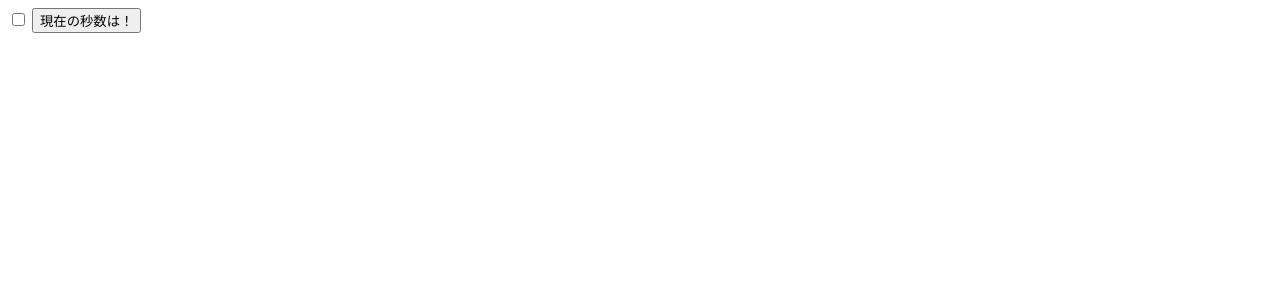
Repository: maigo999/time-abdominal-muscle
Page: index.html
These files come from the project's save history. The page is drawn as it stood at one moment and after the next save; the edit follows.
The browser window is 1280 px wide. The pictures show the whole page.

Above is the page before, as saved 2018-08-11 09:35:58.

After the next save:
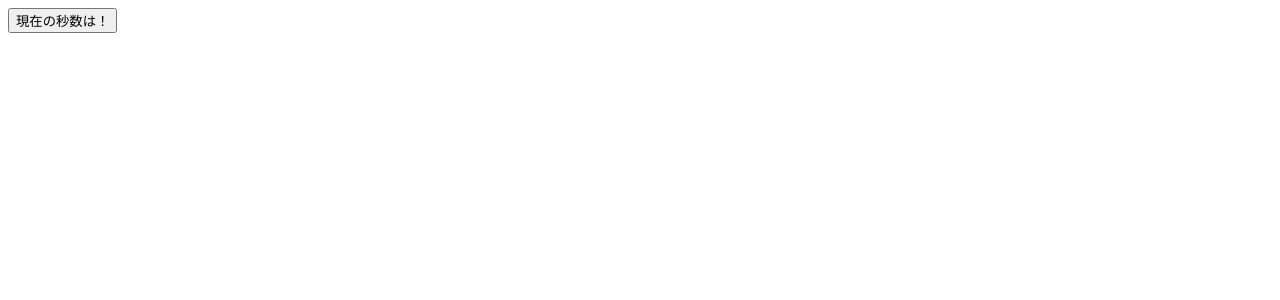
Saved 58 s later.
--- a/index.html
+++ b/index.html
@@ -10,8 +10,6 @@
 </head>
 
 <body>
-    <input type="checkbox" id="toggleButton" class="toggle-button">
-    <label for="toggleButton"></label>
     <button id="button">現在の秒数は！</button>
 
     <p id="result"></p>
